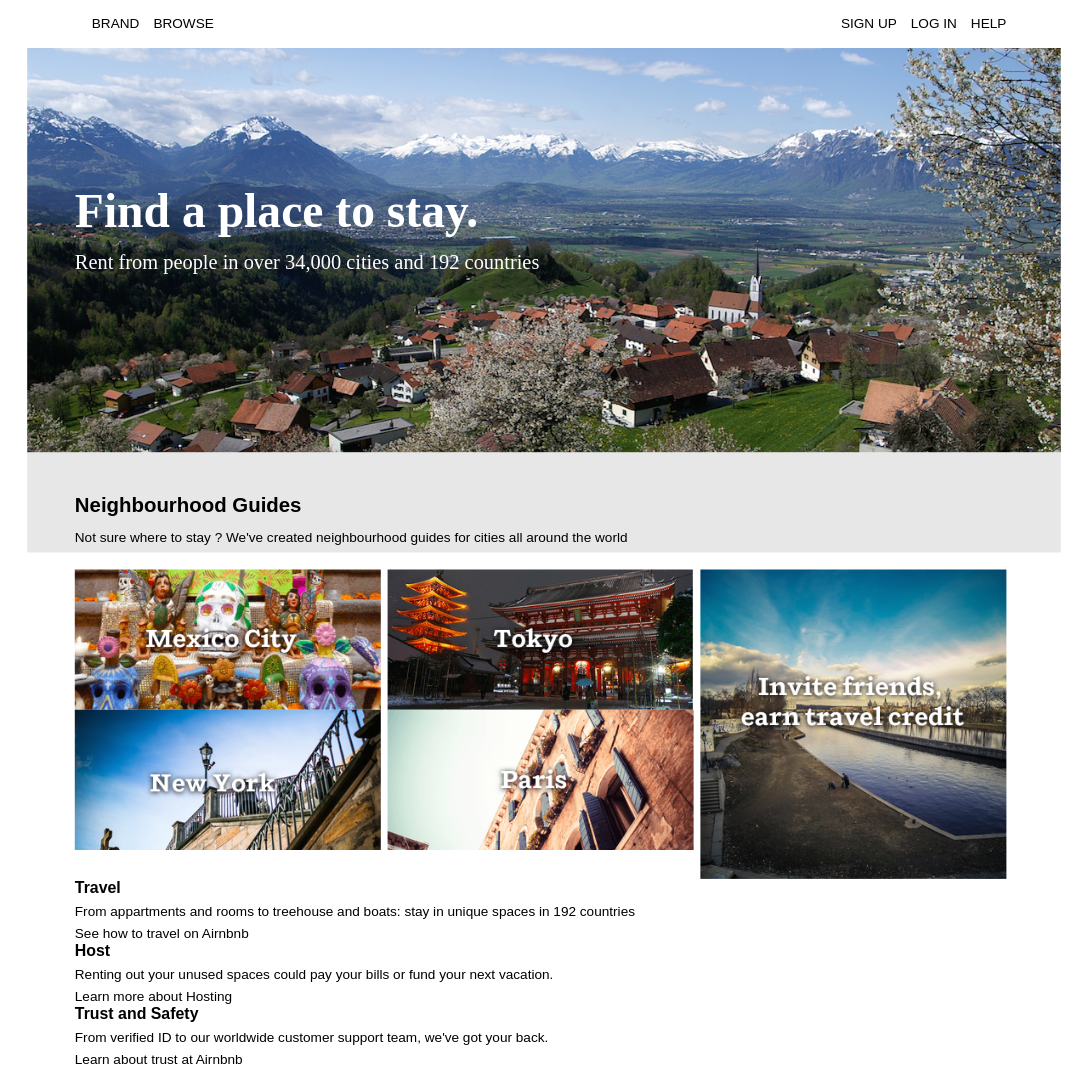
Repository: Naohonproject/web101x02_asm1
Page: Project2.html
These files come from the project's save history. The page is drawn as it stood at one moment and after the next save; the edit follows.
The browser window is 1280 px wide. The pictures show the whole page, at 85% of full size.

Above is the page before, as saved 2022-01-15 21:47:34.

After the next save:
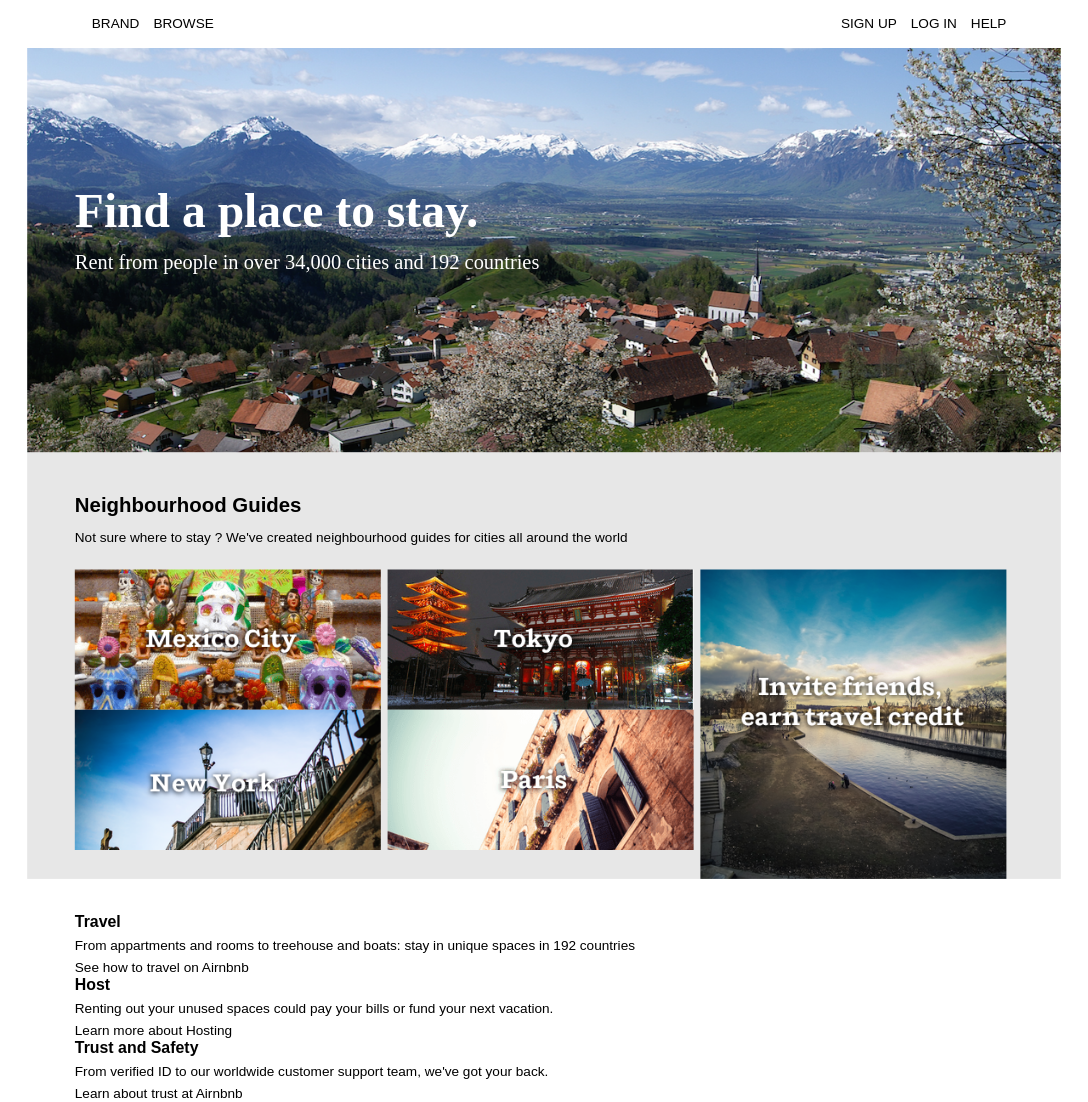
Saved 53 s later.
--- a/assets/css/style.css
+++ b/assets/css/style.css
@@ -50,6 +50,10 @@
 	padding-right: 56px;
 	padding-top: 40px;
 }
+
+.clear {
+	clear: both;
+}
 /* specific */
 
 html {
@@ -59,7 +63,6 @@
 body {
 	padding: 0 32px;
 }
-
 /* start styling header */
 #header {
 	height: 56px;

After the save that followed:
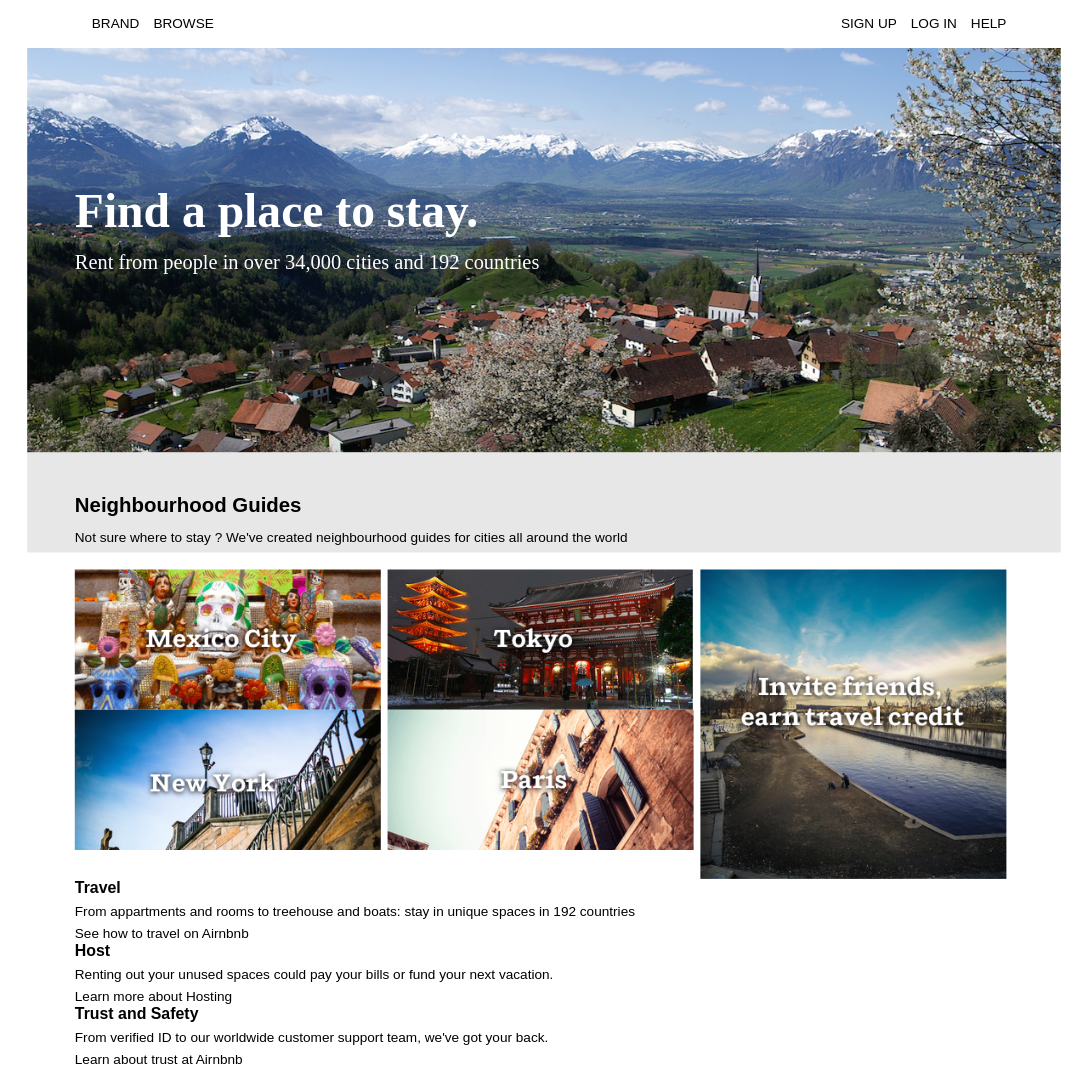
Saved 35 s later.
--- a/assets/css/style.css
+++ b/assets/css/style.css
@@ -51,9 +51,6 @@
 	padding-top: 40px;
 }
 
-.clear {
-	clear: both;
-}
 /* specific */
 
 html {
